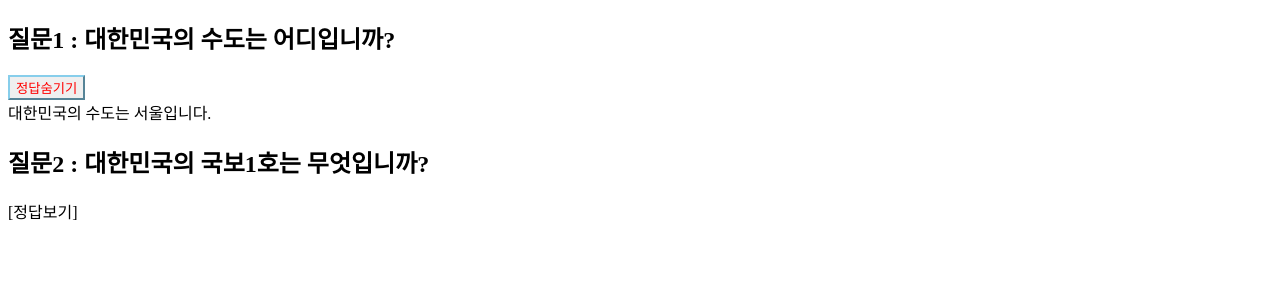
Repository: yoojisoo/YONSAI
Page: http://localhost/teatJava/html/script05.jsp
An editor plug-in stored every save of this project. The page is shown before and after the next save, followed by the edit.
The browser window is 1280 px wide. The pictures show the whole page.
After loading, the first visible `button.q1` was clicked once.
The page is served by Tomcat 9.

Above is the page before, as saved 2021-08-20 06:20:10.

After the next save:
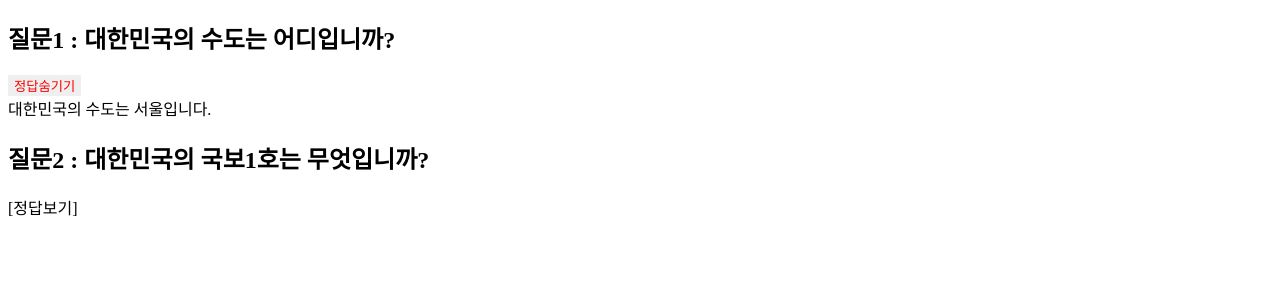
Saved 41 s later.
--- a/jsworkspace/teatJava/src/main/webapp/html/script05.jsp
+++ b/jsworkspace/teatJava/src/main/webapp/html/script05.jsp
@@ -15,7 +15,7 @@
 				if(count1%2==1){
 					$("ans.q1").show();
 					$("button.q1").text("정답숨기기");
-					$("button.q1").css({"color":"red","border-outline":"0","border-color":"skyblue"});
+					$("button.q1").css({"color":"red","border":"0","border-color":"skyblue"});
 
 				}else{
 					$("ans.q1").hide();

After the 2 saves that followed:
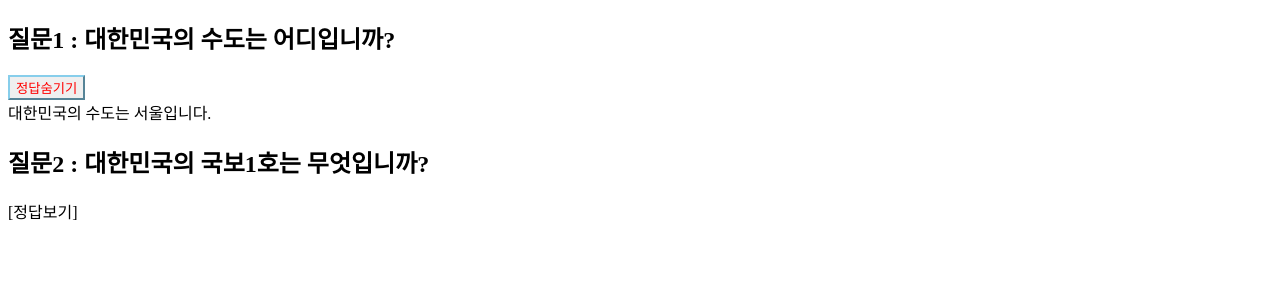
The 2 saves are shown as one change because 1 left the picture as it was.
The last was saved 33 s later.
--- a/jsworkspace/teatJava/src/main/webapp/html/script05.jsp
+++ b/jsworkspace/teatJava/src/main/webapp/html/script05.jsp
@@ -15,7 +15,7 @@
 				if(count1%2==1){
 					$("ans.q1").show();
 					$("button.q1").text("정답숨기기");
-					$("button.q1").css({"color":"red","border":"0","border-color":"skyblue"});
+					$("button.q1").css({"color":"red","border":"0.1","border-color":"skyblue"});
 
 				}else{
 					$("ans.q1").hide();
